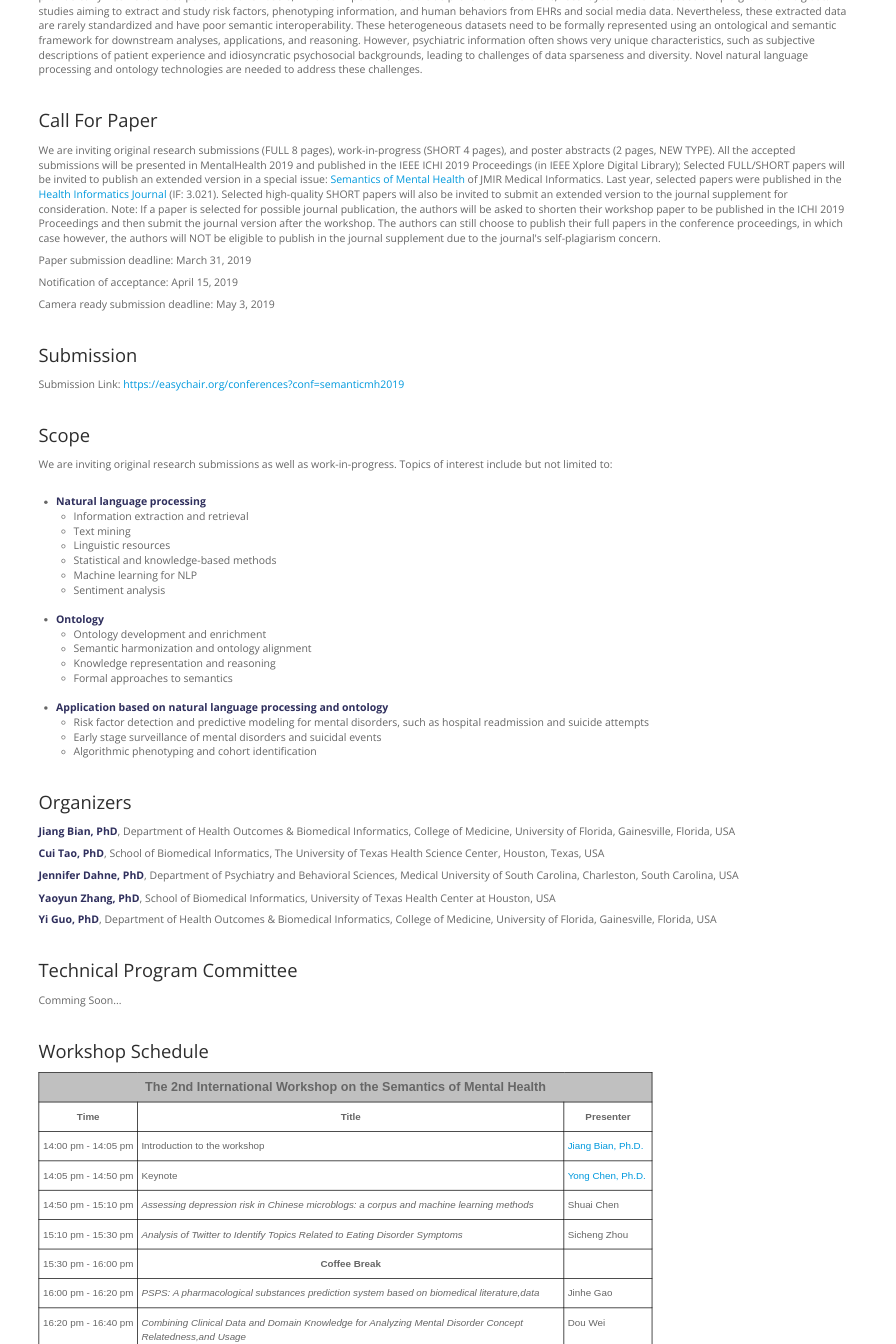
Repository: bianjiang/semantics-powered.org
Page: SemanticMH-2019/index.html
An editor plug-in stored every save of this project. The page is shown before and after the next save, followed by the edit.
The browser window is 1280 px wide. The pictures show the part of the page from y = 857 to 2777 px (the page is 3041 px tall before and 3062 px after), at 70% of full size.
Some web libraries are served in a nearby version.

Above is the page before, as saved 2019-11-06 14:09:08.
Console error (its wording comes from the project's code and is left out).

After the next save:
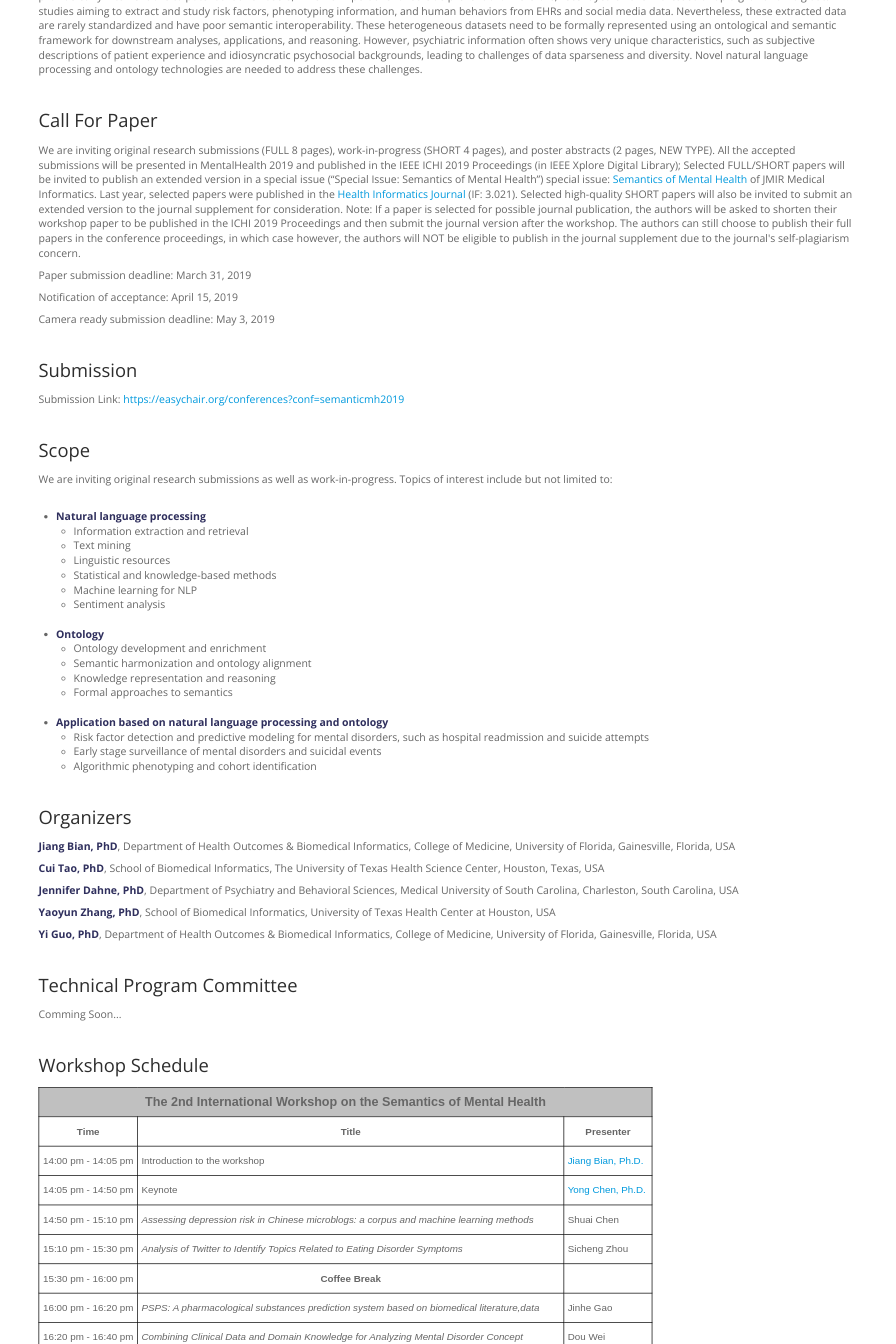
Saved 60 s later.
--- a/SemanticMH-2019/index.html
+++ b/SemanticMH-2019/index.html
@@ -142,7 +142,7 @@
         <div class="span12">
           <h3>Call For Paper</h3>
           <p>We are inviting original research submissions (FULL 8 pages), work-in-progress (SHORT 4 pages), and poster abstracts (2 pages, NEW TYPE).
-              All the accepted submissions will be presented in MentalHealth 2019 and published in the IEEE ICHI 2019 Proceedings (in IEEE Xplore Digital Library); Selected FULL/SHORT papers will be invited to publish an extended version in a special issue: <a href="https://medinform.jmir.org/announcement/view/190" target="_blank">Semantics of Mental Health</a> of JMIR Medical Informatics.  Last year, selected papers were published in the <a href="http://journals.sagepub.com/home/jhi" target="_blank">Health Informatics Journal</a> (IF: 3.021). Selected high-quality SHORT papers will also be invited to submit an extended version to the journal supplement for consideration.
+              All the accepted submissions will be presented in MentalHealth 2019 and published in the IEEE ICHI 2019 Proceedings (in IEEE Xplore Digital Library); Selected FULL/SHORT papers will be invited to publish an extended version in a special issue (“Special Issue: Semantics of Mental Health”) special issue: <a href="https://medinform.jmir.org/announcement/view/190" target="_blank">Semantics of Mental Health</a> of JMIR Medical Informatics.  Last year, selected papers were published in the <a href="http://journals.sagepub.com/home/jhi" target="_blank">Health Informatics Journal</a> (IF: 3.021). Selected high-quality SHORT papers will also be invited to submit an extended version to the journal supplement for consideration.
               Note: If a paper is selected for possible journal publication, the authors will be asked to shorten their workshop paper to be published in the ICHI 2019 Proceedings and then submit the journal version after the workshop. The authors can still choose to publish their full papers in the conference proceedings, in which case however, the authors will NOT be eligible to publish in the journal supplement due to the journal's self-plagiarism concern.
               <!-- <p>Paper submission deadline: March 15, 2019</p> -->
               <p>Paper submission deadline: March 31, 2019</p>
